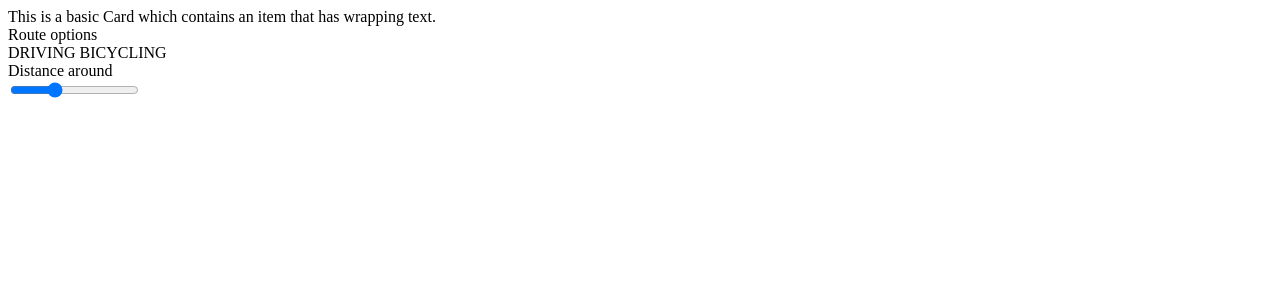
Repository: geof379/phoenix
Page: www/templates/setting.html
The author's editor kept a copy of each file at every save. The page is drawn from the files as they stood at one save, then again after a run of saves.
The browser window is 1280 px wide. The pictures show the whole page.

Above is the page before, as saved 2017-04-17 15:59:07.

### www/templates/setting.html
<ion-view view-title="Settings" ng-controller="AppCtrl">
    <ion-content>

        <div class=" card ">
            <div class="item">
                This is a basic Card which contains an item that has wrapping text.
            </div>
        </div>

        <div class="list">

            <div class="item item-divider"> Route options </div>
            <ion-list>
                <ion-radio ng-model="choice" ng-value="'A'">DRIVING</ion-radio>
                <ion-radio ng-model="choice" ng-value="'B'">BICYCLING</ion-radio>
            </ion-list>
            <div class="item item-divider"> Distance around </div>
            <div class="item range">
                <i class="icon ion-ios-sunny-outline"></i>
                <input type="range" name="volume" min="0" max="100" value="33">
                <i class="icon ion-ios-sunny"></i>
            </div>

    </ion-content>
</ion-view>

After the next 2 saves:
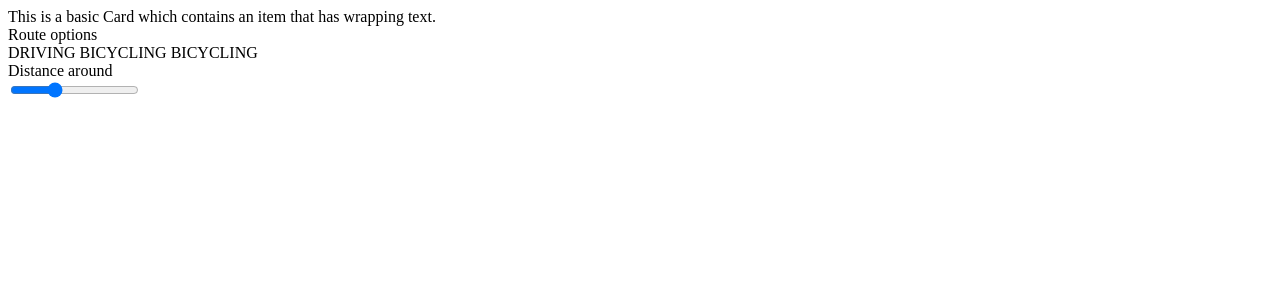
The 2 saves are shown as one change because they came seconds apart.
The last was saved 12 s later.
--- a/www/templates/setting.html
+++ b/www/templates/setting.html
@@ -13,6 +13,7 @@
             <ion-list>
                 <ion-radio ng-model="choice" ng-value="'A'">DRIVING</ion-radio>
                 <ion-radio ng-model="choice" ng-value="'B'">BICYCLING</ion-radio>
+                <ion-radio ng-model="choice" ng-value="'B'">BICYCLING</ion-radio>
             </ion-list>
             <div class="item item-divider"> Distance around </div>
             <div class="item range">
